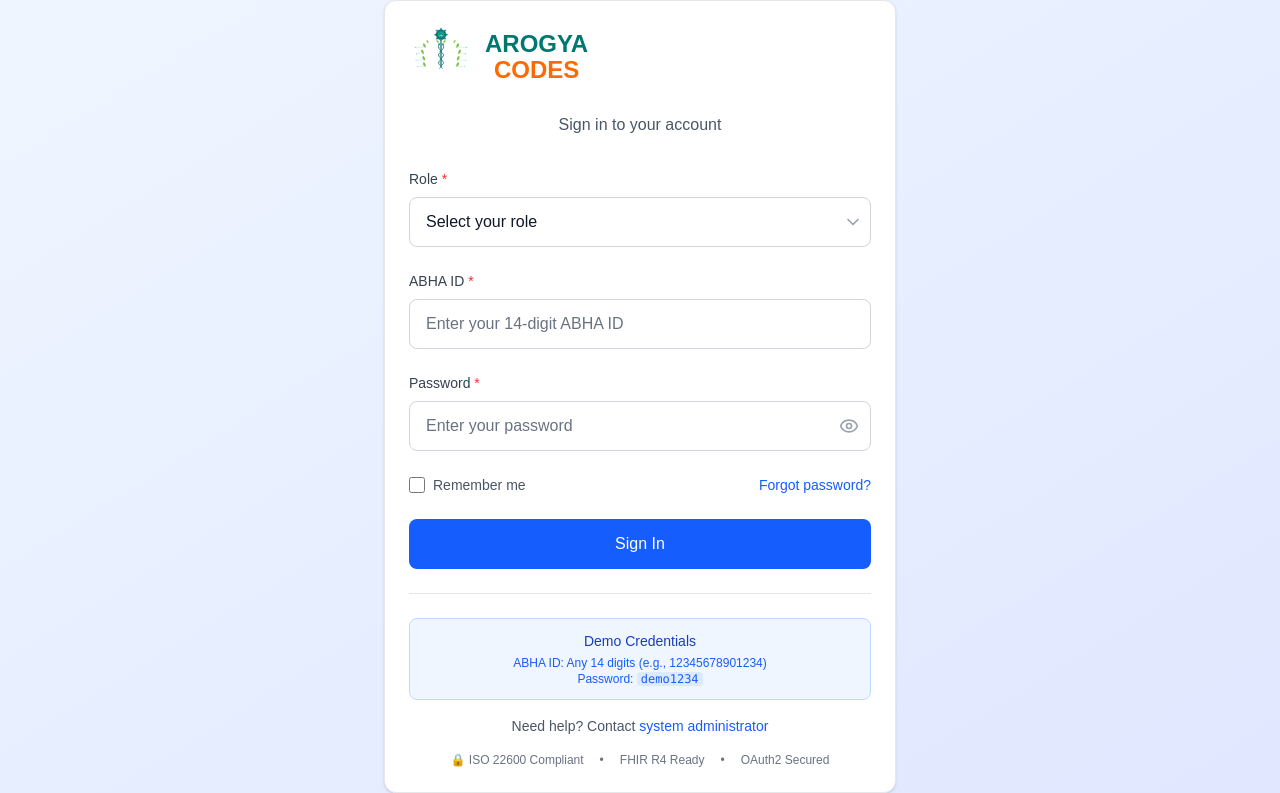
Repository: harshikabodekar/ArogyaCodes
Page: /
An editor plug-in stored every save of this project. The page is shown before and after the next save, followed by the edit.
The browser window is 1280 px wide. The pictures show the whole page.
The project was rebuilt for these pictures with package versions that can differ from the ones it lists, and the page was loaded fresh each time. The framework's server and built-in components were replaced by stand-ins that run in the browser. Also part of the build but not shown: next.config.mjs, src/components/ui/Badge.js, src/components/layout/Navbar.js, src/components/layout/Sidebar.js, src/components/ui/Toast.js, src/components/ui/Loader.js, src/components/layout/Layout.js, src/components/doctor/Dashboard.js and 10 more.

Above is the page before, as saved 2025-09-26 12:46:56.

### src/app/layout.js
import { Geist, Geist_Mono } from "next/font/google";
import "./globals.css";

const geistSans = Geist({
  variable: "--font-geist-sans",
  subsets: ["latin"],
});

const geistMono = Geist_Mono({
  variable: "--font-geist-mono",
  subsets: ["latin"],
});

export const metadata = {
  title: "ArogyaCodes - Healthcare Management System",
  description: "Modern healthcare management system with FHIR R4 standards and comprehensive patient care solutions",
};

export default function RootLayout({ children }) {
  return (
    <html lang="en">
      <body
        className={`${geistSans.variable} ${geistMono.variable} antialiased`}
      >
        {children}
      </body>
    </html>
  );
}

### src/app/page.js
import App from '../components/App';

export default function Home() {
  return <App />;
}

### src/app/globals.css
@import "tailwindcss";

/* Custom CSS Variables */
:root {
  --primary: #4A90E2;
  --white: #FFFFFF;
  --light-gray: #F5F5F5;
  --accent: #F2994A;
  --success: #10B981;
  --error: #EF4444;
  --warning: #F59E0B;
  --info: #3B82F6;
  --background: #ffffff;
  --foreground: #171717;
}

/* Custom scrollbar */
::-webkit-scrollbar {
  width: 6px;
  height: 6px;
}

::-webkit-scrollbar-track {
  background: #f1f1f1;
  border-radius: 3px;
}

::-webkit-scrollbar-thumb {
  background: #c1c1c1;
  border-radius: 3px;
}

::-webkit-scrollbar-thumb:hover {
  background: #a8a8a8;
}

/* Focus styles for accessibility */
.focus\:ring-blue-500:focus {
  --tw-ring-color: var(--primary);
}

/* Animation utilities */
@keyframes shimmer {
  0% {
    background-position: -200px 0;
  }
  100% {
    background-position: calc(200px + 100%) 0;
  }
}

.animate-shimmer {
  animation: shimmer 2s ease-in-out infinite;
  background: linear-gradient(90deg, #f0f0f0 25%, #e0e0e0 50%, #f0f0f0 75%);
  background-size: 200px 100%;
}

/* Smooth transitions */
* {
  transition-property: color, background-color, border-color, text-decoration-color, fill, stroke, opacity, box-shadow, transform, filter, backdrop-filter;
  transition-timing-function: cubic-bezier(0.4, 0, 0.2, 1);
  transition-duration: 150ms;
}

/* Glass morphism effect */
.glass {
  background: rgba(255, 255, 255, 0.1);
  backdrop-filter: blur(10px);
  border: 1px solid rgba(255, 255, 255, 0.2);
}

/* Sidebar width */
.lg\:ml-70 {
  margin-left: 17.5rem;
}

.w-70 {
  width: 17.5rem;
}

/* Custom button hover effects */
.btn-hover-lift:hover {
  transform: translateY(-2px);
  box-shadow: 0 10px 25px rgba(0, 0, 0, 0.1);
}

/* Loading skeleton */
.skeleton {
  background: linear-gradient(90deg, #f0f0f0 25%, #e0e0e0 50%, #f0f0f0 75%);
  background-size: 200% 100%;
  animation: shimmer 1.5s infinite;
}

/* Custom shadows */
.shadow-soft {
  box-shadow: 0 2px 8px rgba(0, 0, 0, 0.08);
}

.shadow-soft-lg {
  box-shadow: 0 8px 30px rgba(0, 0, 0, 0.12);
}

@media (prefers-color-scheme: dark) {
  :root {
    --background: #0a0a0a;
    --foreground: #ededed;
    --primary: #6B8EE5;
    --accent: #FFB366;
  }
}

body {
  background: var(--background);
  color: var(--foreground);
  font-family: Arial, Helvetica, sans-serif;
}

/* Responsive utilities */
.container-center {
  max-width: 100%;
  margin-left: auto;
  margin-right: auto;
  padding-left: 1rem;
  padding-right: 1rem;
}

@media (min-width: 640px) {
  .container-center {
    padding-left: 1.5rem;
    padding-right: 1.5rem;
  }
}

@media (min-width: 1024px) {
  .container-center {
    padding-left: 2rem;
    padding-right: 2rem;
  }
}

@media (min-width: 1280px) {
  .container-center {
    max-width: 1280px;
  }
}

@media (min-width: 1536px) {
  .container-center {
    max-width: 1536px;
  }
}

/* Responsive grid improvements */
.responsive-grid {
  display: grid;
  gap: 1rem;
  grid-template-columns: 1fr;
}

@media (min-width: 768px) {
  .responsive-grid {
    gap: 1.5rem;
    grid-template-columns: repeat(2, 1fr);
  }
}

@media (min-width: 1024px) {
  .responsive-grid {
    gap: 2rem;
    grid-template-columns: repeat(3, 1fr);
  }
}

@media (min-width: 1280px) {
  .responsive-grid {
    grid-template-columns: repeat(4, 1fr);
  }
}

### src/contexts/AuthContext.js
'use client';

import { createContext, useContext, useReducer, useEffect } from 'react';
import { USER_ROLES } from '@/types/constants';

const AuthContext = createContext(null);

const initialState = {
  user: null,
  isAuthenticated: false,
  loading: true,
  error: null,
};

function authReducer(state, action) {
  switch (action.type) {
    case 'LOGIN_START':
      return { ...state, loading: true, error: null };
    case 'LOGIN_SUCCESS':
      return {
        ...state,
        user: action.payload,
        isAuthenticated: true,
        loading: false,
        error: null,
      };
    case 'LOGIN_ERROR':
      return {
        ...state,
        user: null,
        isAuthenticated: false,
        loading: false,
        error: action.payload,
      };
    case 'LOGOUT':
      return {
        ...state,
        user: null,
        isAuthenticated: false,
        loading: false,
        error: null,
      };
    case 'SET_LOADING':
      return { ...state, loading: action.payload };
    case 'CLEAR_ERROR':
      return { ...state, error: null };
    default:
      return state;
  }
}

export function AuthProvider({ children }) {
  const [state, dispatch] = useReducer(authReducer, initialState);

  // Check for existing session on mount
  useEffect(() => {
    const checkAuth = async () => {
      try {
        const token = localStorage.getItem('auth_token');
        const userData = localStorage.getItem('user_data');

        if (token && userData) {
          const user = JSON.parse(userData);
          // Validate token with backend here
          dispatch({ type: 'LOGIN_SUCCESS', payload: user });
        } else {
          dispatch({ type: 'SET_LOADING', payload: false });
        }
      } catch (error) {
        console.error('Auth check failed:', error);
        dispatch({ type: 'SET_LOADING', payload: false });
      }
    };

    checkAuth();
  }, []);

  const login = async (credentials) => {
    dispatch({ type: 'LOGIN_START' });

    try {
      // Mock API call - replace with actual authentication
      const response = await mockLogin(credentials);

      if (response.success) {
        const userData = {
          id: response.user.id,
          name: response.user.name,
          role: credentials.role,
          abhaId: credentials.abhaId,
          hospitalId: credentials.hospitalId,
          permissions: getRolePermissions(credentials.role),
        };

        localStorage.setItem('auth_token', response.token);
        localStorage.setItem('user_data', JSON.stringify(userData));

        dispatch({ type: 'LOGIN_SUCCESS', payload: userData });
        return { success: true };
      } else {
        throw new Error(response.error || 'Login failed');
      }
    } catch (error) {
      dispatch({ type: 'LOGIN_ERROR', payload: error.message });
      return { success: false, error: error.message };
    }
  };

  const logout = () => {
    localStorage.removeItem('auth_token');
    localStorage.removeItem('user_data');
    dispatch({ type: 'LOGOUT' });
  };

  const clearError = () => {
    dispatch({ type: 'CLEAR_ERROR' });
  };

  const value = {
    ...state,
    login,
    logout,
    clearError,
  };

  return (
    <AuthContext.Provider value={value}>
      {children}
    </AuthContext.Provider>
  );
}

export function useAuth() {
  const context = useContext(AuthContext);
  if (!context) {
    throw new Error('useAuth must be used within an AuthProvider');
  }
  return context;
}

// Mock login function - replace with actual API call
async function mockLogin(credentials) {
  return new Promise((resolve) => {
    setTimeout(() => {
      // Simulate different login scenarios
      if (credentials.password === 'demo1234') {
        resolve({
          success: true,
          token: `mock_token_${Date.now()}`,
          user: {
            id: `user_${Date.now()}`,
            name: getMockUserName(credentials.role),
            email: `${credentials.abhaId}@example.com`,
          },
        });
      } else {
        resolve({
          success: false,
          error: 'Invalid credentials',
        });
      }
    }, 1500); // Simulate network delay
  });
}

function getMockUserName(role) {
  const names = {
    [USER_ROLES.DOCTOR]: 'Dr. Rajesh Kumar',
    [USER_ROLES.HOSPITAL]: 'AIIMS Delhi Admin',
    [USER_ROLES.INSURANCE]: 'Priya Sharma',
    [USER_ROLES.GOVERNMENT]: 'Amit Singh',
  };
  return names[role] || 'User';
}

function getRolePermissions(role) {
  const permissions = {
    [USER_ROLES.DOCTOR]: [
      'view_patients',
      'create_patients',
      'edit_patients',
      'view_mappings',
      'create_mappings',
      'view_audit_logs',
    ],
    [USER_ROLES.HOSPITAL]: [
      'view_patients',
      'create_patients',
      'edit_patients',
      'view_mappings',
      'create_mappings',
      'view_audit_logs',
      'manage_users',
    ],
    [USER_ROLES.INSURANCE]: [
      'view_claims',
      'view_fhir_bundles',
      'export_data',
      'view_mappings',
    ],
    [USER_ROLES.GOVERNMENT]: [
      'view_analytics',
      'view_reports',
      'export_reports',
    ],
  };
  return permissions[role] || [];
}

### src/components/ui/ArogyaLogo.js
'use client';

import Image from 'next/image';
import { cn } from '@/lib/utils';

export default function ArogyaLogo({
  size = 'medium',
  className,
  showText = true,
  textClassName = ''
}) {
  const sizeConfig = {
    small: {
      width: 32,
      height: 32,
      textSize: 'text-lg'
    },
    medium: {
      width: 40,
      height: 40,
      textSize: 'text-xl'
    },
    large: {
      width: 64,
      height: 64,
      textSize: 'text-2xl'
    },
    xl: {
      width: 120,
      height: 120,
      textSize: 'text-4xl'
    }
  };

  const config = sizeConfig[size];
  const logoSrc = size === 'xl' ? '/arogya-logo.svg' : '/arogya-logo-small.svg';

  if (!showText) {
    return (
      <Image
        src={logoSrc}
        alt="ArogyaCodes Logo"
        width={config.width}
        height={config.height}
        className={cn('object-contain', className)}
        priority
      />
    );
  }

  return (
    <div className={cn('flex items-center space-x-3', className)}>
      <Image
        src={logoSrc}
        alt="ArogyaCodes Logo"
        width={config.width}
        height={config.height}
        className="object-contain"
        priority
      />
      {showText && (
        <div className="flex flex-col">
          <span className={cn(
            'font-bold text-teal-700 leading-tight',
            config.textSize,
            textClassName
          )}>
            AROGYA
          </span>
          <span className={cn(
            'font-bold text-orange-500 leading-tight -mt-1',
            config.textSize,
            textClassName
          )}>
            CODES
          </span>
        </div>
      )}
    </div>
  );
}

// Individual logo variants for convenience
export function ArogyaLogoSmall({ className, showText = true }) {
  return <ArogyaLogo size="small" className={className} showText={showText} />;
}

export function ArogyaLogoMedium({ className, showText = true }) {
  return <ArogyaLogo size="medium" className={className} showText={showText} />;
}

export function ArogyaLogoLarge({ className, showText = true }) {
  return <ArogyaLogo size="large" className={className} showText={showText} />;
}

export function ArogyaLogoXL({ className, showText = true }) {
  return <ArogyaLogo size="xl" className={className} showText={showText} />;
}

### src/types/constants.js
// User roles
export const USER_ROLES = {
  DOCTOR: 'doctor',
  HOSPITAL: 'hospital',
  INSURANCE: 'insurance',
  GOVERNMENT: 'government',
};

// API endpoints
export const API_ENDPOINTS = {
  LOGIN: '/api/auth/login',
  LOGOUT: '/api/auth/logout',
  PATIENTS: '/api/patients',
  MAPPINGS: '/api/mappings',
  AUDIT: '/api/audit',
  CLAIMS: '/api/claims',
  ANALYTICS: '/api/analytics',
  FHIR_BUNDLES: '/api/fhir/bundles',
  SEARCH_TERMS: '/api/search/namaste',
};

// Color scheme
export const COLORS = {
  PRIMARY: '#4A90E2',
  WHITE: '#FFFFFF',
  LIGHT_GRAY: '#F5F5F5',
  ACCENT: '#F2994A',
  SUCCESS: '#10B981',
  ERROR: '#EF4444',
  WARNING: '#F59E0B',
  INFO: '#3B82F6',
};

### src/lib/utils.js
import { clsx } from "clsx";

export function cn(...inputs) {
  return clsx(inputs);
}

export const formatDate = (date) => {
  return new Intl.DateTimeFormat('en-US', {
    year: 'numeric',
    month: 'short',
    day: 'numeric',
  }).format(new Date(date));
};

export const formatDateTime = (date) => {
  return new Intl.DateTimeFormat('en-US', {
    year: 'numeric',
    month: 'short',
    day: 'numeric',
    hour: '2-digit',
    minute: '2-digit',
  }).format(new Date(date));
};

export const generateAuditId = () => {
  return `AUD-${Date.now()}-${Math.random().toString(36).substr(2, 9)}`;
};

export const getConfidenceColor = (confidence) => {
  if (confidence >= 90) return 'text-green-600';
  if (confidence >= 70) return 'text-orange-500';
  return 'text-red-500';
};

export const debounce = (func, wait) => {
  let timeout;
  return function executedFunction(...args) {
    const later = () => {
      clearTimeout(timeout);
      func(...args);
    };
    clearTimeout(timeout);
    timeout = setTimeout(later, wait);
  };
};

### src/components/ui/Button.js
'use client';

import { motion } from 'framer-motion';
import { cn } from '@/lib/utils';

const buttonVariants = {
  primary: 'bg-blue-600 hover:bg-blue-700 text-white border-transparent',
  secondary: 'bg-white hover:bg-gray-50 text-gray-900 border-gray-300',
  success: 'bg-green-600 hover:bg-green-700 text-white border-transparent',
  danger: 'bg-red-600 hover:bg-red-700 text-white border-transparent',
  outline: 'bg-transparent hover:bg-gray-50 text-gray-700 border-gray-300',
  ghost: 'bg-transparent hover:bg-gray-100 text-gray-700 border-transparent',
};

const sizeVariants = {
  sm: 'px-3 py-1.5 text-sm',
  md: 'px-4 py-2 text-sm',
  lg: 'px-6 py-3 text-base',
  xl: 'px-8 py-4 text-lg',
};

export default function Button({
  children,
  variant = 'primary',
  size = 'md',
  className,
  disabled = false,
  loading = false,
  onClick,
  type = 'button',
  ariaLabel,
  ...props
}) {
  return (
    <motion.button
      type={type}
      className={cn(
        'inline-flex items-center justify-center font-medium rounded-lg border transition-all duration-200 focus:outline-none focus:ring-2 focus:ring-blue-500 focus:ring-offset-2 disabled:opacity-50 disabled:cursor-not-allowed',
        buttonVariants[variant],
        sizeVariants[size],
        className
      )}
      disabled={disabled || loading}
      onClick={onClick}
      aria-label={ariaLabel}
      whileHover={{ scale: disabled || loading ? 1 : 1.02 }}
      whileTap={{ scale: disabled || loading ? 1 : 0.98 }}
      transition={{ type: 'spring', stiffness: 400, damping: 17 }}
      {...props}
    >
      {loading && (
        <motion.div
          className="mr-2 h-4 w-4 border-2 border-current border-t-transparent rounded-full"
          animate={{ rotate: 360 }}
          transition={{ duration: 1, repeat: Infinity, ease: 'linear' }}
        />
      )}
      {children}
    </motion.button>
  );
}

### src/components/ui/Select.js
'use client';

import { useState } from 'react';
import { motion, AnimatePresence } from 'framer-motion';
import { ChevronDown } from 'lucide-react';
import { cn } from '@/lib/utils';

export default function Select({
  options = [],
  value,
  onChange,
  placeholder = 'Select an option...',
  label,
  error,
  disabled = false,
  required = false,
  className,
  ...props
}) {
  const [isOpen, setIsOpen] = useState(false);

  const selectedOption = options.find(option => option.value === value);

  const handleSelect = (option) => {
    onChange?.(option.value);
    setIsOpen(false);
  };

  return (
    <div className="relative">
      {label && (
        <label className="block text-sm font-medium text-gray-700 mb-2">
          {label} {required && <span className="text-red-500">*</span>}
        </label>
      )}

      <div className="relative">
        <button
          type="button"
          onClick={() => !disabled && setIsOpen(!isOpen)}
          disabled={disabled}
          className={cn(
            'w-full px-4 py-3 text-left bg-white border border-gray-300 rounded-lg',
            'focus:outline-none focus:ring-2 focus:ring-blue-500 focus:border-transparent',
            'disabled:bg-gray-50 disabled:cursor-not-allowed',
            error && 'border-red-500 focus:ring-red-500',
            className
          )}
          aria-haspopup="listbox"
          aria-expanded={isOpen}
          {...props}
        >
          <span className={cn(
            'block truncate text-gray-900',
            !selectedOption && 'text-gray-500'
          )}>
            {selectedOption ? selectedOption.label : placeholder}
          </span>

          <span className="absolute inset-y-0 right-0 flex items-center pr-2 pointer-events-none">
            <motion.div
              animate={{ rotate: isOpen ? 180 : 0 }}
              transition={{ duration: 0.2 }}
            >
              <ChevronDown className="w-5 h-5 text-gray-400" />
            </motion.div>
          </span>
        </button>

        <AnimatePresence>
          {isOpen && (
            <motion.div
              initial={{ opacity: 0, y: -10 }}
              animate={{ opacity: 1, y: 0 }}
              exit={{ opacity: 0, y: -10 }}
              transition={{ duration: 0.2 }}
              className="absolute z-50 w-full mt-1 bg-white border border-gray-200 rounded-lg shadow-lg max-h-60 overflow-y-auto"
              role="listbox"
            >
              {options.map((option, index) => (
                <motion.button
                  key={option.value}
                  type="button"
                  onClick={() => handleSelect(option)}
                  className={cn(
                    'w-full px-4 py-3 text-left hover:bg-gray-50 focus:bg-gray-50',
                    'focus:outline-none border-b border-gray-100 last:border-b-0',
                    value === option.value && 'bg-blue-50'
                  )}
                  role="option"
                  aria-selected={value === option.value}
                  whileHover={{ backgroundColor: '#f9fafb' }}
                >
                  <span className="block font-medium text-gray-900">{option.label}</span>
                  {option.description && (
                    <span className="block text-sm text-gray-700 mt-1">
                      {option.description}
                    </span>
                  )}
                </motion.button>
              ))}

              {options.length === 0 && (
                <div className="px-4 py-3 text-gray-700 text-sm">
                  No options available
                </div>
              )}
            </motion.div>
          )}
        </AnimatePresence>
      </div>

      {error && (
        <motion.p
          initial={{ opacity: 0, y: -10 }}
          animate={{ opacity: 1, y: 0 }}
          className="mt-2 text-sm text-red-600"
        >
          {error}
        </motion.p>
      )}
    </div>
  );
}

### src/components/ui/Card.js
'use client';

import { motion } from 'framer-motion';
import { cn } from '@/lib/utils';

export default function Card({
  children,
  className,
  padding = 'md',
  hover = false,
  onClick,
  ...props
}) {
  const paddingVariants = {
    sm: 'p-3 sm:p-4',
    md: 'p-4 sm:p-6',
    lg: 'p-6 sm:p-8',
    none: 'p-0',
  };

  const CardComponent = onClick ? motion.div : 'div';
  const motionProps = onClick
    ? {
        whileHover: { scale: 1.02, y: -2 },
        whileTap: { scale: 0.98 },
        transition: { type: 'spring', stiffness: 400, damping: 17 },
        onClick,
        role: 'button',
        tabIndex: 0,
        onKeyDown: (e) => {
          if (e.key === 'Enter' || e.key === ' ') {
            e.preventDefault();
            onClick?.(e);
          }
        },
      }
    : {};

  return (
    <CardComponent
      className={cn(
        'bg-white rounded-xl border border-gray-200 shadow-sm',
        hover && 'hover:shadow-md transition-shadow duration-200',
        onClick && 'cursor-pointer focus:outline-none focus:ring-2 focus:ring-blue-500 focus:ring-offset-2',
        paddingVariants[padding],
        className
      )}
      {...motionProps}
      {...props}
    >
      {children}
    </CardComponent>
  );
}

export function CardHeader({ children, className, ...props }) {
  return (
    <div className={cn('mb-4', className)} {...props}>
      {children}
    </div>
  );
}

export function CardTitle({ children, className, ...props }) {
  return (
    <h3 className={cn('text-lg font-semibold text-gray-900', className)} {...props}>
      {children}
    </h3>
  );
}

export function CardContent({ children, className, ...props }) {
  return (
    <div className={cn('text-gray-600', className)} {...props}>
      {children}
    </div>
  );
}

export function CardFooter({ children, className, ...props }) {
  return (
    <div className={cn('mt-4 flex items-center justify-between', className)} {...props}>
      {children}
    </div>
  );
}

Loaded but not shown: src/components/ui/LoginForm.js (243 lines, source omitted); src/components/App.js (196 lines, source omitted); src/components/ui/Input.js (171 lines, source omitted)

After the next save:
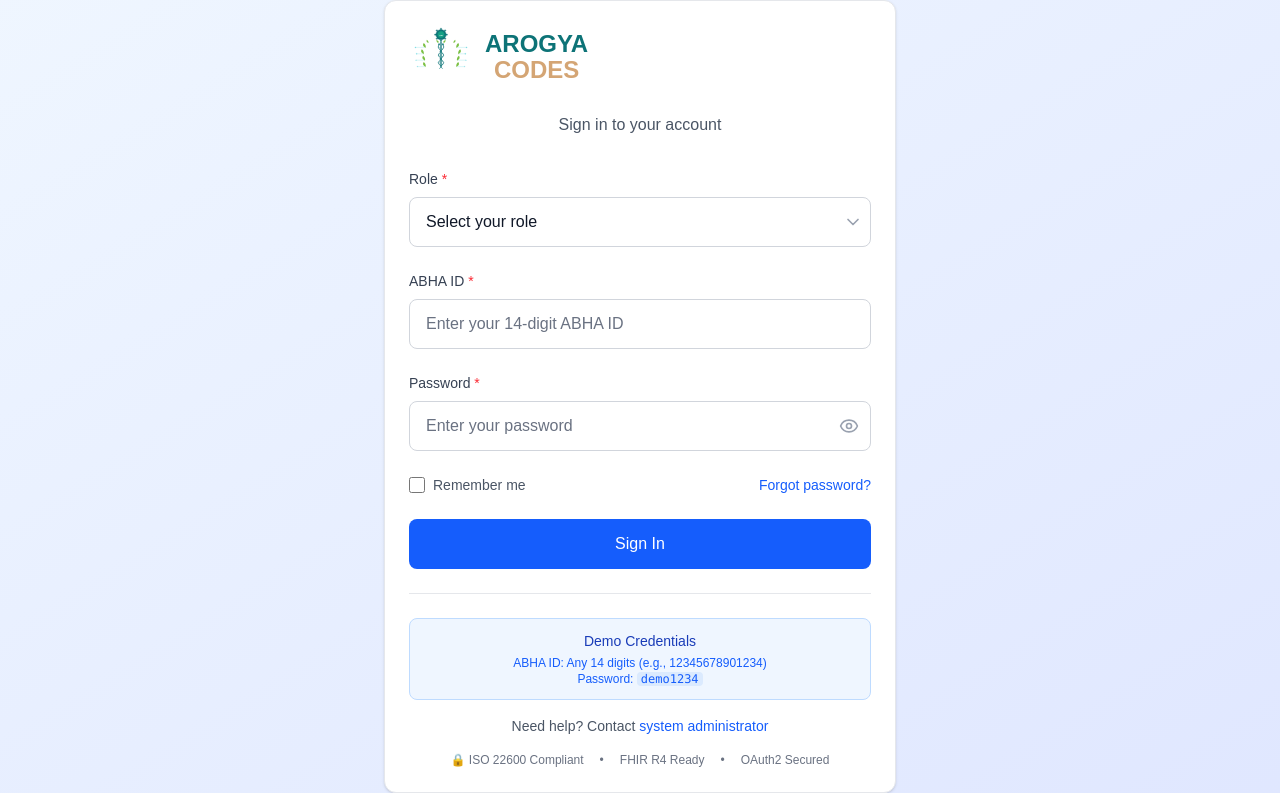
Saved 13 s later.
--- a/src/components/ui/ArogyaLogo.js
+++ b/src/components/ui/ArogyaLogo.js
@@ -61,17 +61,19 @@ export default function ArogyaLogo({
       {showText && (
         <div className="flex flex-col">
           <span className={cn(
-            'font-bold text-teal-700 leading-tight',
+            'font-bold leading-tight',
             config.textSize,
             textClassName
-          )}>
+          )}
+          style={{ color: '#0d7377' }}>
             AROGYA
           </span>
           <span className={cn(
-            'font-bold text-orange-500 leading-tight -mt-1',
+            'font-bold leading-tight -mt-1',
             config.textSize,
             textClassName
-          )}>
+          )}
+          style={{ color: '#d4a574' }}>
             CODES
           </span>
         </div>
